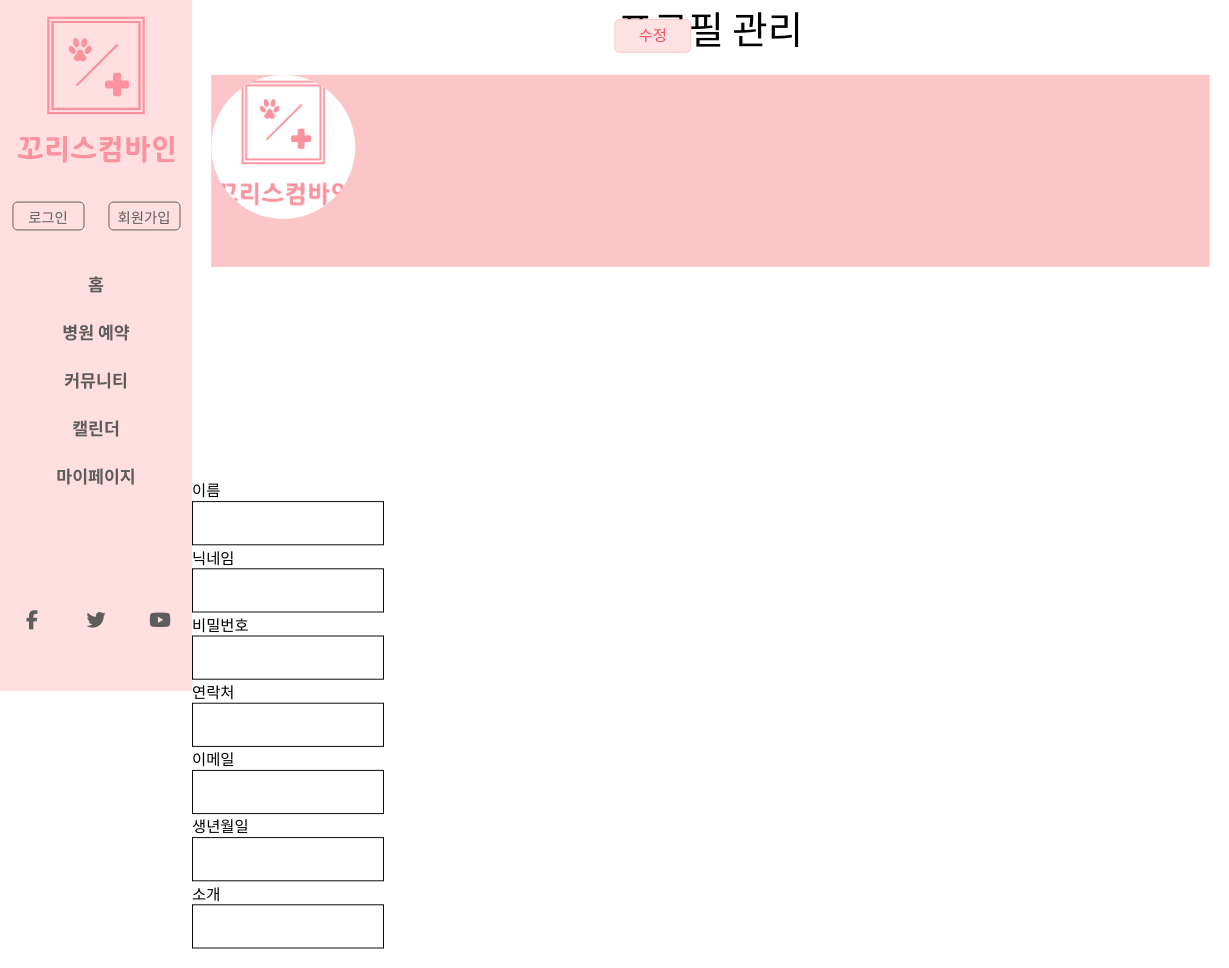
Repository: dodnam/kkoris
Page: http://localhost/1_kkoris/reservation2.jsp
An editor plug-in stored every save of this project. The page is shown before and after the next save, followed by the edit.
The browser window is 1280 px wide. The pictures show the whole page, at 96% of full size.
Some web libraries are served in a nearby version. The page is served by Tomcat 9.

Above is the page before, as saved 2020-02-17 15:40:18.

### 1_kkoris/WebContent/reservation2.jsp
<%@ page language="java" contentType="text/html; charset=UTF-8"
    pageEncoding="UTF-8"%>
<!DOCTYPE html>
<html>
<head>
<meta charset="UTF-8">
<title>Insert title here</title>
<link rel="stylesheet" type="text/css" href="<%= request.getContextPath() %>/css/index.css"/>
<link rel="stylesheet" type="text/css" href="<%= request.getContextPath() %>/css/layout.css"/>
<style>
	.box_con{left:20px; right:20px; height:200px; background-color:#fcc6c9; position:absolute;}
	.box{width: 150px; height:150px; border-radius:70%; overflow:hidden; background-color:#fff;top:20px;}
	.profile{width: 100%; height:100%; object-fit:cover; display:block; margin:0px auto;}
	.userTitle{font-size:40px; text-align:center; top:30px;}
	.submit{line-height: 30px; text-align: center; background-color: #ffe3e4; color:#ff4e59;border: 1px solid #fcc6c9; border-radius: 5px; width: 80px; height: 35px; position: absolute;left:50%;top:20px; outline:none;}
	.boxBody{position:absolute; top:400px; margin:auto;}
</style>
</head>
<body>
	<%@ include file="views/layout.jsp" %>
	<div class="container">
    	<div class="userTitle">
			프로필 관리
    	</div>

    	<div class="input-container">
    		<div class="box_con">
	    		<div class="box">
	    			<img class="profile" src="<%= request.getContextPath() %>/images/logo.png">
	    		</div>
    		</div>
		    <div class="boxBody">
				<div class="input-box">
					<p class="input-label">이름</p><input type="text">
	    			<p class="input-label">닉네임</p><input type="text">
	    			<p class="input-label">비밀번호</p><input type="password">
	    			<p class="input-label">연락처</p><input type="text">
	    			<p class="input-label">이메일</p><input type="email">
	    			<p class="input-label">생년월일</p><input type="text">
	    			<p class="input-label">소개</p><input type="text">
	    		</div>
	    	</div>
    	</div>

    	<div class="">
    		<div class="submit">수정</div>
    	</div>
	</div>
</body>
</html>

### 1_kkoris/WebContent/views/layout.jsp
<%@ page language="java" contentType="text/html; charset=UTF-8"
    pageEncoding="UTF-8"%>
<!DOCTYPE html>
<html>
<head>
<meta charset="UTF-8">
<title>Insert title here</title>
<link href="https://fonts.googleapis.com/css?family=Noto+Sans+KR&display=swap" rel="stylesheet">
<script src="https://kit.fontawesome.com/18fd811fa1.js" crossorigin="anonymous"></script> <!-- sns아이콘 -->
<link rel="stylesheet" type="text/css" href="<%= request.getContextPath() %>/css/layout.css"/> <!-- 작성할 css를 연결 -->
</head>
<body>
	<header><!-- 헤더 -->
		<h1 class="logo"></h1>
		<nav>
      		<div class="login">
	        	<div><a href="#">로그인</a></div>
	        	<div><a href="#">회원가입</a></div>
	      	</div>
	      	<ul id="navigator">
	        	<li id="nav-home">
	         		<a href="#"><span>홈</span></a>
	         	</li>
	         	<li id="nav-hospital">
	         		<span>병원 예약</span>
         			<ul class="nav2-hospital" id="nav2-hospital">
         				<li><a href="#">병원 검색</a></li>
	         			<li><a href="#">예약 확인</a></li>
	         			<li><a href="#">병원 후기</a></li>
         			</ul>
	         	</li>
	         	<li id="nav-community">
	         		<span>커뮤니티</span>
         			<ul class="nav2-community" id="nav2-community">
	         			<li><a href="#">공지사항</a></li>
	         			<li><a href="#">후기 모아보기</a></li>
	         			<li><a href="#">지식 공유</a></li>
         			</ul>
	         	</li>
	         	<li id="nav-calendar">
	         		<a href="#"><span>캘린더</span></a>
	         	</li>
	         	<li id="nav-mypage">
	         		<span>마이페이지</span>
	         		<ul class="nav2-mypage" id="nav2-mypage">
		         		<li><a href="#">내 정보</a></li>
		         		<li><a href="#">예약 조회</a></li>
		         		<li><a href="#">포인트샵</a></li>
		         		<li><a href="#">내가 쓴 글 조회</a></li>
	         		</ul>
	         	</li>
	      	</ul>
		<dl>
	    	<dt class="blind">sns</dt>
	        <dd><a href="#"><i class="fab fa-facebook-f"></i></a></dd>
	        <dd><a href="#"><i class="fab fa-twitter"></i></a></dd>
	        <dd><a href="#"><i class="fab fa-youtube"></i></a></dd>
		</dl>
		</nav>
	</header>
	<footer></footer>
</body>
</html>

### 1_kkoris/WebContent/css/index.css
@charset "UTF-8";
/* 컨테이너 */
div.container{position: absolute; top:0; left:0; padding-left:200px; height:100%; width:100%; box-sizing:border-box;}
/* 섹션이 현재 1개이기 때문에 100% 2개면 200%, 3개면 300% */
/* 참고	section:nth-of-type(1) {section 중 첫번째 section에 접근} */
section.main {position:relative; height:100%; width:100%; background: url(../images/main-bg.jpg) no-repeat center center; background-size: contain;}
section.main > article.quickMenu > ul {position: absolute; top:calc(50% - 50px); left:calc(50% - 25%); width: 50%; height: 100px; display: flex;}
section.main > article.quickMenu {position: relative; width: 100%; height: 100%; background: rgba(0, 0, 0, 0.2);}
section.main > article.quickMenu > ul > li {width: 25%; height:100px;}
section.main > article.quickMenu > ul > li > a {color: #5d5d5d; display:block; font-size: 5em; text-align:center;}
section.main > article.quickMenu > ul > li > a > span {display: block; font-size: 15px;}
section.main > article.quickMenu > ul > li > a:hover {color: #fb929e;}

### 1_kkoris/WebContent/css/layout.css
@charset "UTF-8";
* {margin: 0; padding: 0; font-family: 'Noto Sans KR', sans-serif;}
*, *:before, *:after {box-sizing: border-box;}
html, body {width: 100%; height: 100%;}
table{border-collapse: collapse;}
img,fieldset{border: none;}
ol,ul{list-style: none;}
h1,h2,h3,h4,h5,h6{font-weight: normal; font-size: 100%;}
q:after,q:before{content: "";}
abbr,acronym{border:none;} /* 축약어 */
img,input,select{vertical-align: middle;}
hr{display: none;}
a {text-decoration: none; color: #000;}
header {position: fixed; width: 200px; height: 100%; background: #ffdfdf; z-index: 30;}
input{outline: none; background: none;}
.blind{position: absolute;left: 0;top: 0;width: 0;height: 0;font-size: 0;line-height: 0;text-indent: -9999px;overflow: hidden;visibility: hidden;}
.displaynone{display: none;}

/* input타입 1 (커서유입에 따른 스타일 변화)
	<div class="input-container"><label class="input-label">아이디</label><input type=""></div>
*/
div.input-container {position: relative; display: block; margin: 20px 0;}
div.input-container > input {width: 100%; height: 40px; line-height: 40px; font-size: 16px; border: none; border-bottom: 1px solid #5d5d5d;}
div.input-container.focus > input:focus {border-bottom: 1px solid #fb929e;}
label.input-label {position: absolute; font-size: 16px; transform: translateY(10px); color: #5d5d5d; transition: transform 0.2s ease; z-index: -1;}
div.input-container.focus > label.input-label {font-size: 12px; transform: translateY(-5px); text-transform: uppercase;}
div.input-container.focus.on > label.input-label {color: #fb929e;}

/* input타입 2 (박스형)
	<div class="input-box"><p class="input-label">라벨명</p><input type=""></div>
*/
div.input-box {position: relative; display: block; margin: 20px 0;}
div.input-box > input {width: 100%; padding: 10px; font-size: 16px; border: 1px solid #000;}
p.input-label {font-size: 16px; color: #000;}
p.input-info {font-size: 14px; color: #5d5d5d;}

/* input radio
	<input type="radio" name="test"><label class="radioLabel">라벨명1</label>
	<input type="radio" name="test"><label class="radioLabel">라벨명2</label>
*/
input[type=radio] {display: none;}
label.radioLabel {display: inline-block; position: relative; padding: 0 30px; cursor: pointer; line-height: 18px;}
label.radioLabel:before, label.radioLabel:after {position: absolute; border-radius: 50%; content: '';}
label.radioLabel:before {left: 0; top: 0; width: 18px; height: 18px; border: 2px solid #000;}
label.radioLabel:after {top: 5px; left: 5px; width: 8px; height: 8px; background: #fb929e; transform: scale(0);}
input[type="radio"]:checked + label.radioLabel:before {border-color: #fb929e; }
input[type="radio"]:checked + label.radioLabel:after {transform: scale(1);}

/* input submit
	<form>에서 submit되는 버튼을 위한 css (단, 검색 등의 다른 버튼은 blue베이스 스타일로 사용)
*/
div.input-submit {display: block; text-align: center; padding: 15px;}
input[type="submit"] {min-width: 50px; height: 30px; cursor: pointer; background: #ffdfdf; color: #5d5d5d; font-size: 14px; font-weight: 600; border: none; border-radius: 5px;}
input[type="submit"]:hover {background: #fb929e; color: #fff;}

/* select 옵션  */
div > select {font-size: 10pt; width: 100px; padding: .7em .5em; font-family: inherit; background: url(https://farm1.staticflickr.com/379/19928272501_4ef877c265_t.jpg) no-repeat 95% 50%; -webkit-appearance: none; -moz-appearance: none; appearance: none; outline:none; border:1px solid #5d5d5d;}

/* input 검색 (class="search_input") */
div > span > input.search_input{width: 250px;  padding: 12px 24px; font-size: 14px; line-height: 18px; color: #575756; background-size: 18px 18px; border-radius: 50px; border: 1px solid #5d5d5d; backface-visibility: hidden; right:20px; outline:none;}


/* 영역
	<div class="container">		// 아래css 외에 특정 스타일을 주어야할 때, 클래스를 추가로 부여하여 사용했음 (ex. class="container login")
		<div class="contents">
			구현 영역
		</div>
	</div>
*/
div.container {position: absolute; top:0; left:0; padding-left:200px; width: 100%; height: 100%; margin: 0 auto; box-sizing: border-box;}
div.contents {position:relative; margin: 0 auto;}
div.contents > h2 {font-weight: 700; font-size: 30px; color: #000; padding: 15px 0; text-align: center;}


/** 헤더 **/
h1.logo {
	text-indent: -9999px; overflow: hidden; width: 180px; height: 180px;
	margin: 10px auto; /* auto는 중앙에 놓음 */
	background: url(../images/logo.png) no-repeat; background-size: contain; /*contain = h1 사이즈에 맞춤*/
}
nav > div.login {display: flex; justify-content:space-around; font-size: 15px;}
				/*블락요소로 가로 정렬 함*/
nav > div.login > div {width: 75px; height: 30px;} /* 위 아래 마진, 좌 우 마진*/
nav > div.login > div > a {display: block; width: 100%; height: 100%; line-height: 30px; text-align: center; border: 1px solid #5d5d5d; border-radius: 5px;}
nav > div.login > div > a:hover {color: #fb929e; border: none; background: #fff6f6; font-weight: 600}

/* 메뉴 */
nav {margin-top: 20px;}
nav * {color: #5d5d5d;}
nav > ul {margin-top: 30px; text-align: center;}
nav > ul > li {width: 100%;}
nav > ul > li:hover {background: #fff6f6;}
nav > ul > li span {display:block; width: 100%; height: 100%; line-height: 50px; font-size: 18px; font-weight: 600; border-radius: 10px; cursor: pointer;}
nav > ul > li span:hover {color: #fb929e;}

nav > ul > li > ul[class^=nav2] {display: none;}
nav > ul > li > ul[class^=nav2] > li > a {display: block; line-height: 40px; font-size: 16px;}
nav > ul > li > ul[class^=nav2] > li > a:hover {color: #fb929e; font-weight: 600;}

nav > ul > li:hover > ul[class^=nav2] {display: block;}

/* sns */
nav > dl {position:absolute; bottom:50px; width:100%; height:50px; display:flex; justify-content:space-around;}
nav > dl > dd {width:50px; text-align:center;}
nav > dl > dd > a {display: block; width: 100%; height:100%; font-size:20px; line-height:50px; transition:all 0.2s ease 0s;}
nav > dl > dd > a:hover {font-size:25px;}

footer {position: fixed; bottom: 10px;}

After the next save:
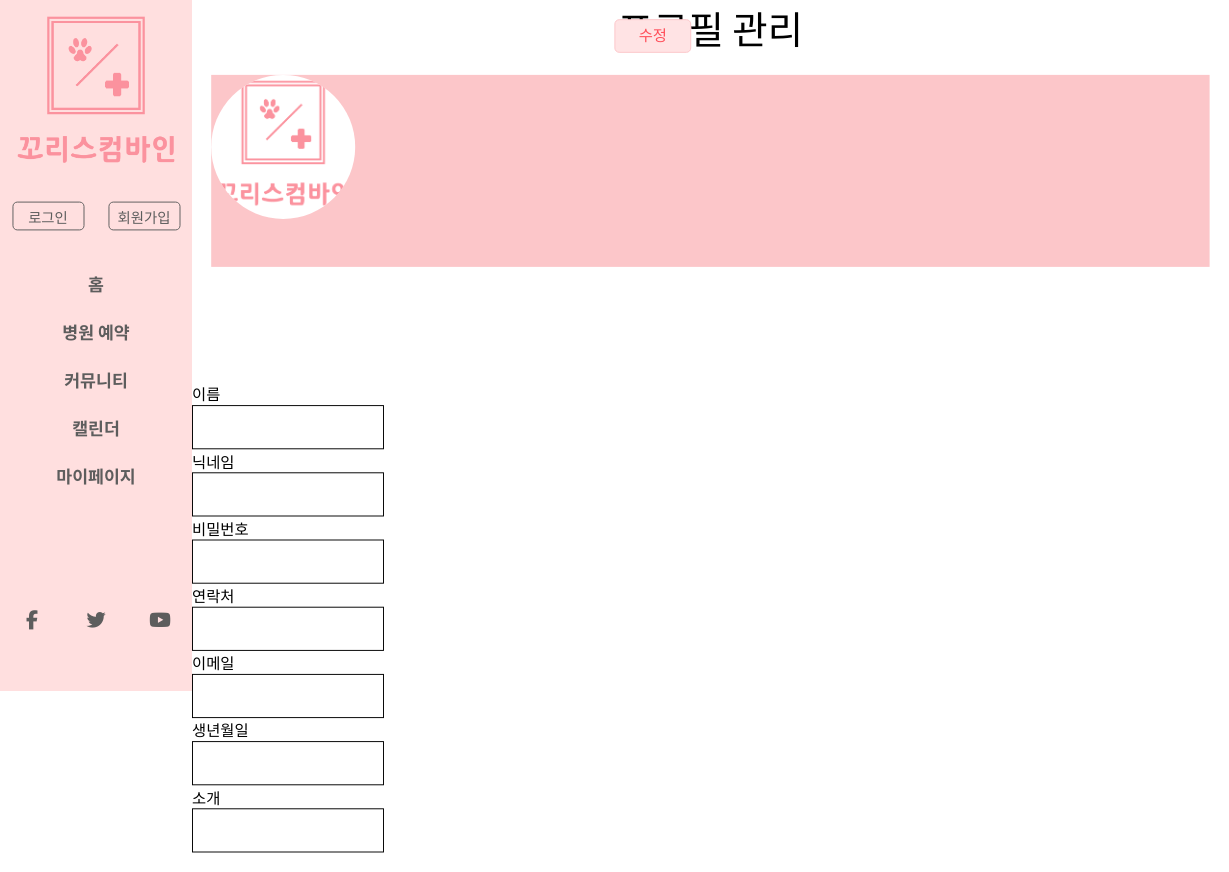
Saved 14 s later.
--- a/1_kkoris/WebContent/reservation2.jsp
+++ b/1_kkoris/WebContent/reservation2.jsp
@@ -13,7 +13,7 @@
 	.profile{width: 100%; height:100%; object-fit:cover; display:block; margin:0px auto;}
 	.userTitle{font-size:40px; text-align:center; top:30px;}
 	.submit{line-height: 30px; text-align: center; background-color: #ffe3e4; color:#ff4e59;border: 1px solid #fcc6c9; border-radius: 5px; width: 80px; height: 35px; position: absolute;left:50%;top:20px; outline:none;}
-	.boxBody{position:absolute; top:400px; margin:auto;}
+	.boxBody{position:absolute; top:300px;}
 </style>
 </head>
 <body>
